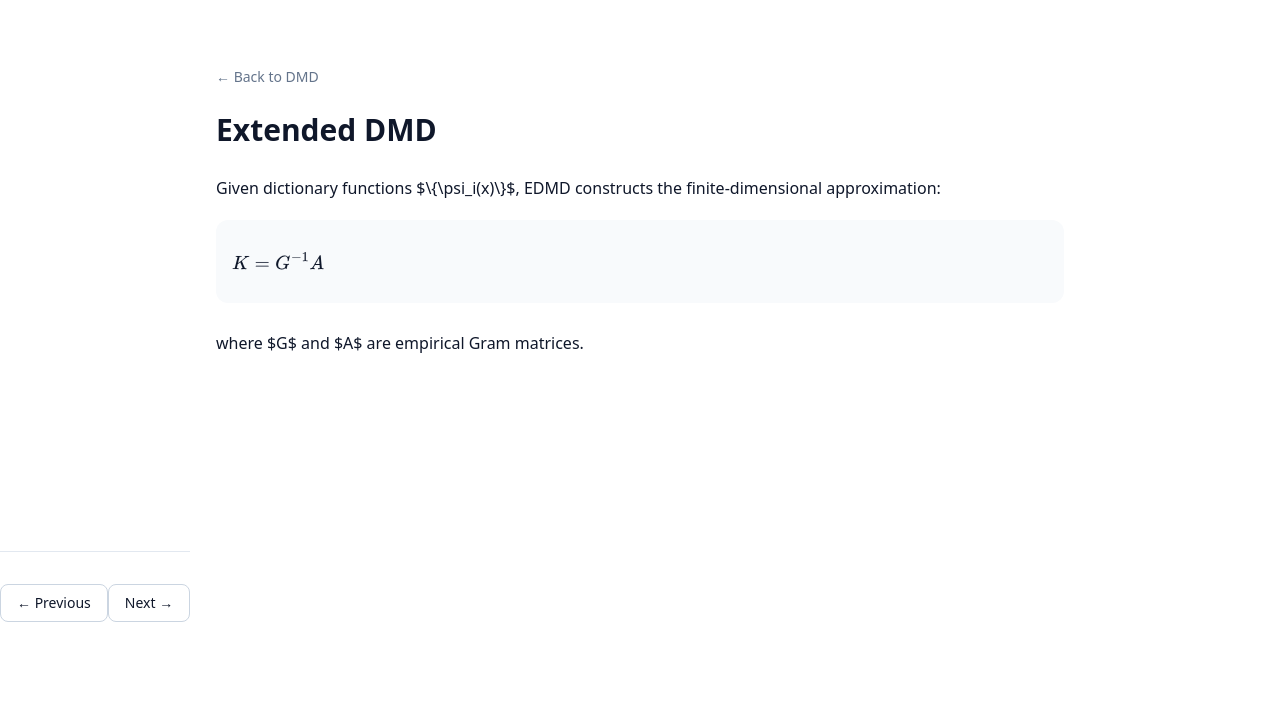
Repository: JWS625/JWS625.github.io
Page: notes/modal_analysis/03_koopman_operator_theory_and_extended_dynamics_mode_decomposition.html
An editor plug-in stored every save of this project. The page is shown before and after the next save, followed by the edit.
The browser window is 1280 px wide. The pictures show the whole page.
Some web libraries are served in a nearby version.

Above is the page before, as saved 2026-02-20 19:26:52.

### notes/modal_analysis/03_koopman_operator_theory_and_extended_dynamics_mode_decomposition.html
<!doctype html>
<html>
<head>
<meta charset="utf-8">
<title>Koopman Operator Theory and Extended Dynamic Mode Decomposition | Research Notes</title>
<script src="https://cdn.tailwindcss.com"></script>
<script src="../../assets/mathjax-config.js"></script>
<script defer src="https://cdn.jsdelivr.net/npm/mathjax@3/es5/tex-svg.js"></script>


<!-- <script>
window.MathJax = {
  tex: { inlineMath: [['$', '$'], ['\\(', '\\)']] }
};
</script> -->
<!-- <script src="https://cdn.jsdelivr.net/npm/mathjax@3/es5/tex-mml-chtml.js"></script> -->
</head>

<body class="bg-white text-slate-900">
<div class="max-w-4xl mx-auto px-6 py-16">

<a href="index.html" class="text-sm text-slate-500 hover:text-black">
← Back to DMD
</a>

<h1 class="text-3xl font-semibold mt-6">
Extended DMD
</h1>

<p class="mt-6 leading-8">
Given dictionary functions $\{\psi_i(x)\}$, EDMD constructs
the finite-dimensional approximation:
</p>

<div class="bg-slate-50 p-4 rounded-xl mt-4">
$$
K = G^{-1} A
$$
</div>

<p class="mt-6 leading-8">
where $G$ and $A$ are empirical Gram matrices.
</p>

</div>

<div class="mt-16 flex justify-between items-center text-sm">

  <div class="mt-16 pt-8 border-t border-slate-200">
      <div class="flex justify-between items-center max-w-2xl mx-auto text-sm">
        <a href="02_dynamics_mode_decomposition.html"
           class="px-4 py-2 rounded-lg border border-slate-300 hover:bg-slate-50">
          ← Previous
        </a>

        <a href="04_variant_of_dynamic_mode_decomposition.html"
           class="px-4 py-2 rounded-lg border border-slate-300 hover:bg-slate-50">
          Next →
        </a>
      </div>
  </div>
</div>
</body>
</html>

### assets/mathjax-config.js
window.MathJax = {
tex: {
    macros: {
    argmin: ["\\operatorname*{arg\\,min}"],
    argmax: ["\\operatorname*{arg\\,max}"],
    vta: "\\boldsymbol{\\alpha}",
    vtb: "\\boldsymbol{\\beta}",
    vtf: "\\boldsymbol{\\phi}",
    vtrf: "\\boldsymbol{\\varphi}",
    vtg: "\\boldsymbol{\\gamma}",
    vtx: "\\boldsymbol{\\xi}",
    vty: "\\boldsymbol{\\psi}",
    vtF: "\\boldsymbol{\\Phi}",
    vtL: "\\boldsymbol{\\Lambda}",
    vtO: "\\boldsymbol{\\Omega}",
    vtS: "\\boldsymbol{\\Sigma}",
    vtX: "\\boldsymbol{\\Xi}",
    vtY: "\\boldsymbol{\\Psi}",
    vc: "\\mathbf{c}",
    vg: "\\mathbf{g}",
    vv: "\\mathbf{v}",
    vw: "\\mathbf{w}",
    vx: "\\mathbf{x}",
    vy: "\\mathbf{y}",
    vB: "\\mathbf{B}",
    vC: "\\mathbf{C}",
    vF: "\\mathbf{F}",
    vG: "\\mathbf{G}",
    vI: "\\mathbf{I}",
    vQ: "\\mathbf{Q}",
    vX: "\\mathbf{X}",
    vY: "\\mathbf{Y}",
    vM: "\\mathbf{M}",
    vU: "\\mathbf{U}",
    vV: "\\mathbf{V}",
    vZ: "\\mathbf{Z}",
    R: "\\mathbb{R}",
    C: "\\mathbb{C}"
    }
}
};

After the next save:
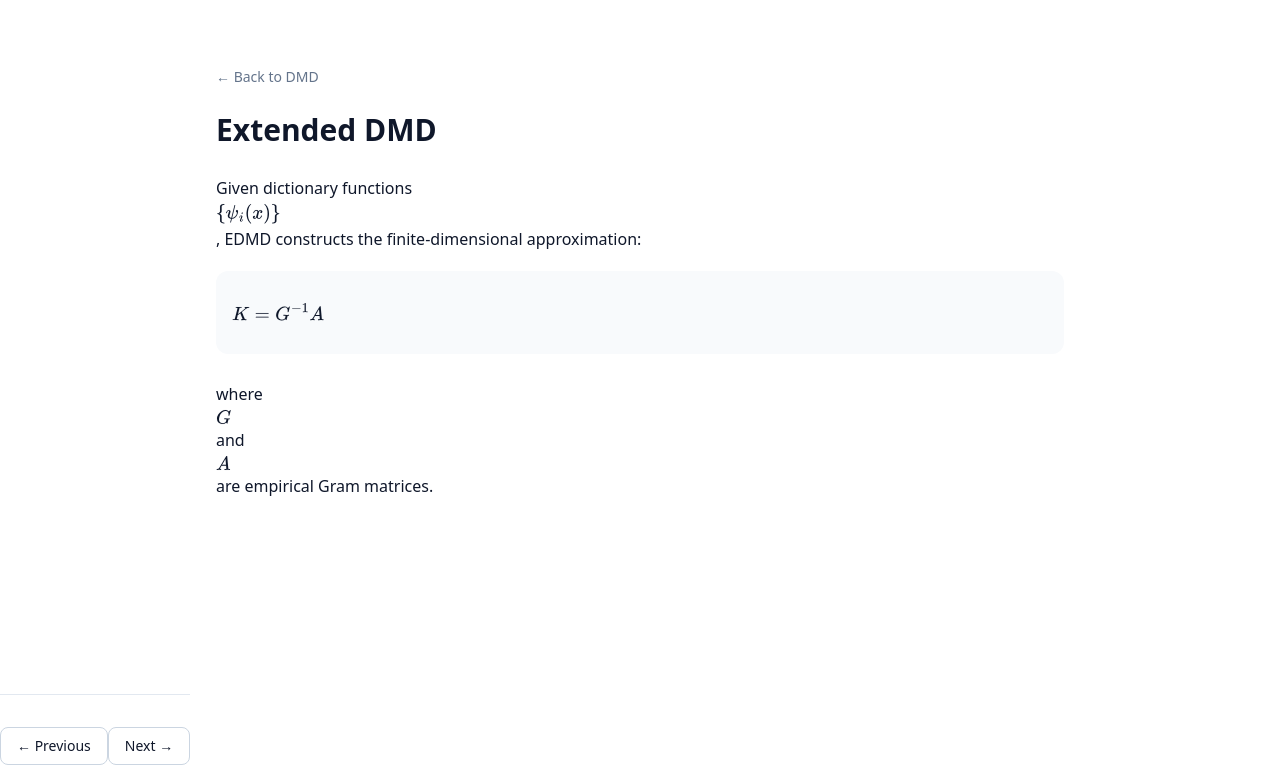
Saved 5 min 2 s later.
--- a/assets/mathjax-config.js
+++ b/assets/mathjax-config.js
@@ -1,41 +1,65 @@
 window.MathJax = {
-tex: {
+  tex: {
+    inlineMath: [['$', '$'], ['\\(', '\\)']],
+    processEscapes: true,
     macros: {
-    argmin: ["\\operatorname*{arg\\,min}"],
-    argmax: ["\\operatorname*{arg\\,max}"],
-    vta: "\\boldsymbol{\\alpha}",
-    vtb: "\\boldsymbol{\\beta}",
-    vtf: "\\boldsymbol{\\phi}",
-    vtrf: "\\boldsymbol{\\varphi}",
-    vtg: "\\boldsymbol{\\gamma}",
-    vtx: "\\boldsymbol{\\xi}",
-    vty: "\\boldsymbol{\\psi}",
-    vtF: "\\boldsymbol{\\Phi}",
-    vtL: "\\boldsymbol{\\Lambda}",
-    vtO: "\\boldsymbol{\\Omega}",
-    vtS: "\\boldsymbol{\\Sigma}",
-    vtX: "\\boldsymbol{\\Xi}",
-    vtY: "\\boldsymbol{\\Psi}",
-    vc: "\\mathbf{c}",
-    vg: "\\mathbf{g}",
-    vv: "\\mathbf{v}",
-    vw: "\\mathbf{w}",
-    vx: "\\mathbf{x}",
-    vy: "\\mathbf{y}",
-    vB: "\\mathbf{B}",
-    vC: "\\mathbf{C}",
-    vF: "\\mathbf{F}",
-    vG: "\\mathbf{G}",
-    vI: "\\mathbf{I}",
-    vQ: "\\mathbf{Q}",
-    vX: "\\mathbf{X}",
-    vY: "\\mathbf{Y}",
-    vM: "\\mathbf{M}",
-    vU: "\\mathbf{U}",
-    vV: "\\mathbf{V}",
-    vZ: "\\mathbf{Z}",
-    R: "\\mathbb{R}",
-    C: "\\mathbb{C}"
+      // operators
+      argmin: "\\operatorname*{arg\\,min}",
+      argmax: "\\operatorname*{arg\\,max}",
+      diag: "\\operatorname{diag}",
+      tr: "\\operatorname{tr}",
+      rank: "\\operatorname{rank}",
+      span: "\\operatorname{span}",
+      Re: "\\operatorname{Re}",
+      Im: "\\operatorname{Im}",
+
+      // common sets
+      R: "\\mathbb{R}",
+      C: "\\mathbb{C}",
+
+      // bold greek
+      vta: "\\boldsymbol{\\alpha}",
+      vtb: "\\boldsymbol{\\beta}",
+      vtf: "\\boldsymbol{\\phi}",
+      vtrf: "\\boldsymbol{\\varphi}",
+      vtg: "\\boldsymbol{\\gamma}",
+      vtx: "\\boldsymbol{\\xi}",
+      vty: "\\boldsymbol{\\psi}",
+      vtF: "\\boldsymbol{\\Phi}",
+      vtL: "\\boldsymbol{\\Lambda}",
+      vtO: "\\boldsymbol{\\Omega}",
+      vtS: "\\boldsymbol{\\Sigma}",
+      vtX: "\\boldsymbol{\\Xi}",
+      vtY: "\\boldsymbol{\\Psi}",
+
+      // bold roman
+      vc: "\\mathbf{c}",
+      vg: "\\mathbf{g}",
+      vv: "\\mathbf{v}",
+      vw: "\\mathbf{w}",
+      vx: "\\mathbf{x}",
+      vy: "\\mathbf{y}",
+      vB: "\\mathbf{B}",
+      vC: "\\mathbf{C}",
+      vF: "\\mathbf{F}",
+      vG: "\\mathbf{G}",
+      vI: "\\mathbf{I}",
+      vQ: "\\mathbf{Q}",
+      vX: "\\mathbf{X}",
+      vY: "\\mathbf{Y}",
+      vM: "\\mathbf{M}",
+      vU: "\\mathbf{U}",
+      vV: "\\mathbf{V}",
+      vZ: "\\mathbf{Z}",
+
+      // convenience macros with arguments
+      norm: ["\\left\\lVert #1 \\right\\rVert", 1],
+      abs:  ["\\left\\lvert #1 \\right\\rvert", 1],
+      ip:   ["\\left\\langle #1,\\,#2 \\right\\rangle", 2],
+
+      // differentials / measures
+      dd: "\\,\\mathrm{d}"
     }
-}
+  },
+  svg: { fontCache: 'global' }
 };
